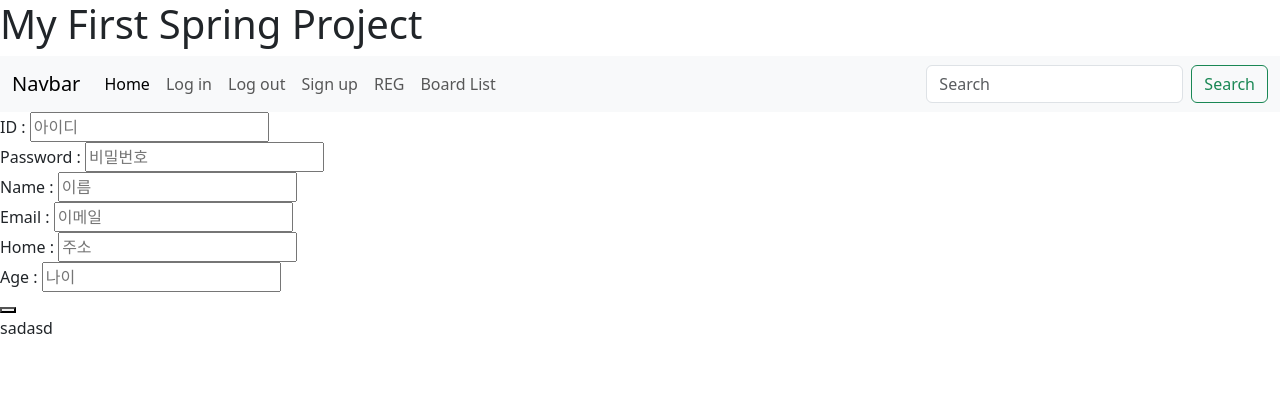
Repository: dfhdfhdfsza/springtest
Page: http://localhost/spring-Test/WEB-INF/views/member/signup.jsp
The author's editor kept a copy of each file at every save. The page is drawn from the files as they stood at one save, then again after the next save.
The browser window is 1280 px wide. The pictures show the whole page.
The page is served by Tomcat 9. Nobody is signed in. Other server files are loaded and not shown. The template is opened directly, without the code that normally fills it, so the values that code supplies are empty.

Above is the page before, as saved 2023-10-06 07:34:01.

### spring-Test/src/main/webapp/WEB-INF/views/member/signup.jsp
<%@ page language="java" contentType="text/html; charset=UTF-8"
    pageEncoding="UTF-8"%>
    <%@ taglib uri="http://java.sun.com/jsp/jstl/core" prefix="c"%>
<!DOCTYPE html>
<html>
<head>
<meta charset="UTF-8">
<title>Insert title here</title>
</head>
<body>
	<jsp:include page="../layout/header.jsp"></jsp:include>
	<form action="/member/singup">
		ID : <input type="text" name="id" placeholder="아이디"> <br>
		Password : <input type="password" name="pw" placeholder="비밀번호"><br>
		Name : <input type="text" name="name" placeholder="이름"><br>
		Email : <input type="text" name="email" placeholder="이메일"><br>
		Home :  <input type="text" name="home" placeholder="주소"><br>
		Age : <input type="text" name="age" placeholder="나이"><br>
		<button type="submit"></button>
	</form>
	<jsp:include page="../layout/footer.jsp"></jsp:include>
</body>
</html>

### spring-Test/src/main/webapp/WEB-INF/views/layout/header.jsp
<%@ page language="java" contentType="text/html; charset=UTF-8"
    pageEncoding="UTF-8"%>
    <%@ taglib prefix="c" uri="http://java.sun.com/jsp/jstl/core" %>
<!DOCTYPE html>
<html>
<head>
<meta charset="UTF-8">
<title>Insert title here</title>
<link href="https://cdn.jsdelivr.net/npm/bootstrap@5.3.1/dist/css/bootstrap.min.css" rel="stylesheet" integrity="sha384-4bw+/aepP/YC94hEpVNVgiZdgIC5+VKNBQNGCHeKRQN+PtmoHDEXuppvnDJzQIu9" crossorigin="anonymous">
<script src="https://cdn.jsdelivr.net/npm/bootstrap@5.3.1/dist/js/bootstrap.bundle.min.js" integrity="sha384-HwwvtgBNo3bZJJLYd8oVXjrBZt8cqVSpeBNS5n7C8IVInixGAoxmnlMuBnhbgrkm" crossorigin="anonymous"></script>
</head>
<body>
	<h1>My First Spring Project</h1>
	<nav class="navbar navbar-expand-lg bg-body-tertiary">
  <div class="container-fluid">
    <a class="navbar-brand" href="#">Navbar</a>
    <button class="navbar-toggler" type="button" data-bs-toggle="collapse" data-bs-target="#navbarSupportedContent" aria-controls="navbarSupportedContent" aria-expanded="false" aria-label="Toggle navigation">
      <span class="navbar-toggler-icon"></span>
    </button>
    <div class="collapse navbar-collapse" id="navbarSupportedContent">
      <ul class="navbar-nav me-auto mb-2 mb-lg-0">
        <li class="nav-item">
          <a class="nav-link active" aria-current="page" href="#">Home</a>
        </li>

        <li class="nav-item">
          <a class="nav-link" href="/member/login" >Log in</a>
        </li>
        <li class="nav-item">
          <a class="nav-link" >Log out</a>
        </li>
        <li class="nav-item">
          <a class="nav-link" href="/member/signup">Sign up</a>
        </li>
        <li class="nav-item">
          <a class="nav-link"  href="/board/register">REG</a>
        </li>
        <li class="nav-item">
          <a class="nav-link" href="/board/list">Board List</a>
        </li>
      </ul>
      <form class="d-flex" role="search">
        <input class="form-control me-2" type="search" placeholder="Search" aria-label="Search">
        <button class="btn btn-outline-success" type="submit">Search</button>
      </form>
    </div>
  </div>
</nav>

### spring-Test/src/main/webapp/WEB-INF/views/layout/footer.jsp
<%@ page language="java" contentType="text/html; charset=UTF-8"
    pageEncoding="UTF-8"%>


	<div>
		sadasd
	</div>
</body>
</html>

After the next save:
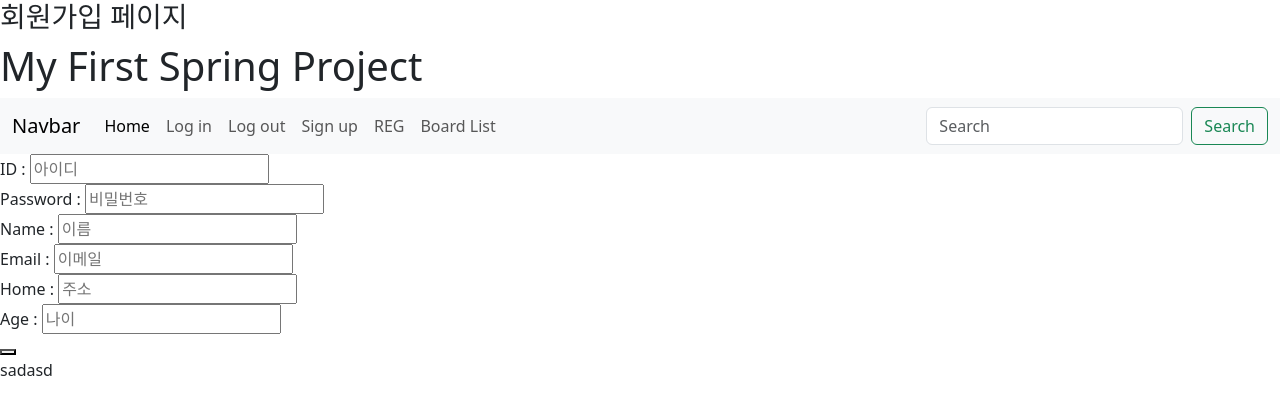
Saved 11 s later.
--- a/spring-Test/src/main/webapp/WEB-INF/views/member/signup.jsp
+++ b/spring-Test/src/main/webapp/WEB-INF/views/member/signup.jsp
@@ -8,6 +8,7 @@
 <title>Insert title here</title>
 </head>
 <body>
+	<h3>회원가입 페이지</h3>
 	<jsp:include page="../layout/header.jsp"></jsp:include>
 	<form action="/member/singup">
 		ID : <input type="text" name="id" placeholder="아이디"> <br>
